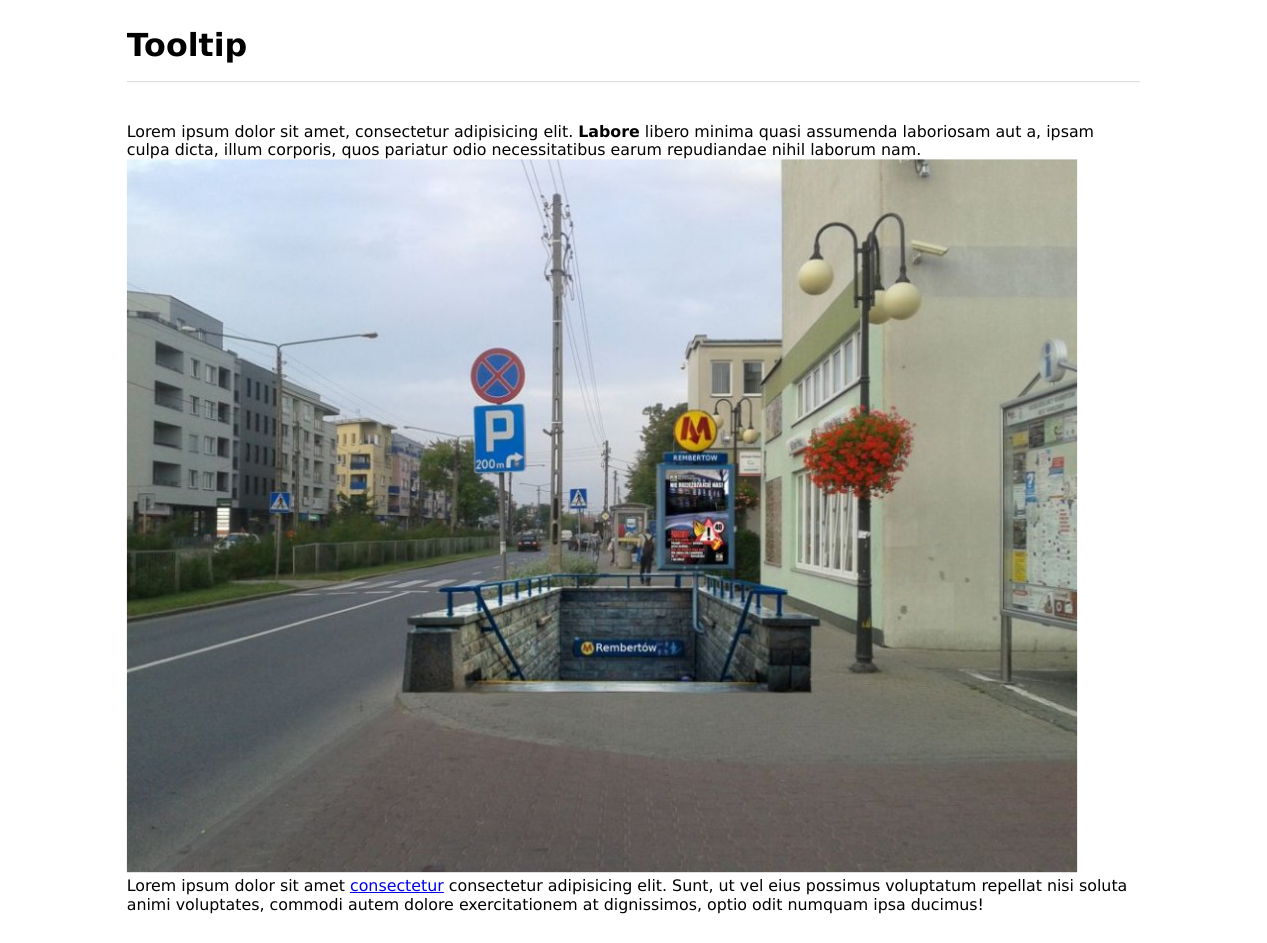
Repository: michal198711/change-toolkit-dom
Page: index.html
The author's editor kept a copy of each file at every save. The page is drawn from the files as they stood at one save, then again after a run of saves.
The browser window is 1280 px wide. The pictures show the whole page, at 99% of full size.

Above is the page before, as saved 2021-07-31 14:11:40.

### index.html
<!DOCTYPE html>

<html>
    <head>
        <meta charset="utf-8">
        <meta http-equiv="X-UA-Compatible" content="IE=edge">
        <title>Projekt Praktyczny</title>
        <meta name="description" content="">
        <meta name="viewport" content="width=device-width, initial-scale=1">
        <link rel="stylesheet" href="style.css">
    </head>
    <body>
        <div class="container">

            <h1>Tooltip</h1>

            <p>Lorem ipsum dolor sit amet, consectetur adipisicing elit. <strong title="labore to słowo">Labore</strong> libero minima quasi assumenda laboriosam aut a, ipsam culpa dicta, illum corporis, quos pariatur odio necessitatibus earum repudiandae nihil laborum nam.</p>

        <img src="rembertow.jpg" alt="" title="Fotografia z Rembertowa">

        <p>Lorem ipsum dolor sit amet <a href='#' title="Dowiedz sie wiecej">consectetur</a> consectetur adipisicing elit. Sunt, ut vel eius possimus voluptatum repellat nisi soluta animi voluptates, commodi autem dolore exercitationem at dignissimos, optio odit numquam ipsa ducimus!</p>
        </div>
        <script src="script.js" async defer></script>
    </body>
</html>

### style.css
* {
    padding: 0;
    margin: 0;
}
body {
    font-family: Verdana, Geneva, Tahoma, sans-serif;
}

.container {
    width: 80%;
    margin: 30px auto;
    overflow: hidden;
}
h1{
    padding-bottom: 20px;
    margin-bottom:40px;
    border-bottom: 1px #D8d8d8 solid;

    line-height: 1;
    font-weight: ;
}

### script.js
(function() {
function showTooltip() {
    console.log("najechane")
}
function removeTooltip() {
    console.log("wyjechane")
}
const title = document.querySelectorAll("[title]");

for(let i =0; i<title.length; i++) {
    title[i].addEventListener("mouseenter", showTooltip, false);
    title[i].addEventListener("mouseleave", removeTooltip, false);
}

})();

After the next 3 saves:
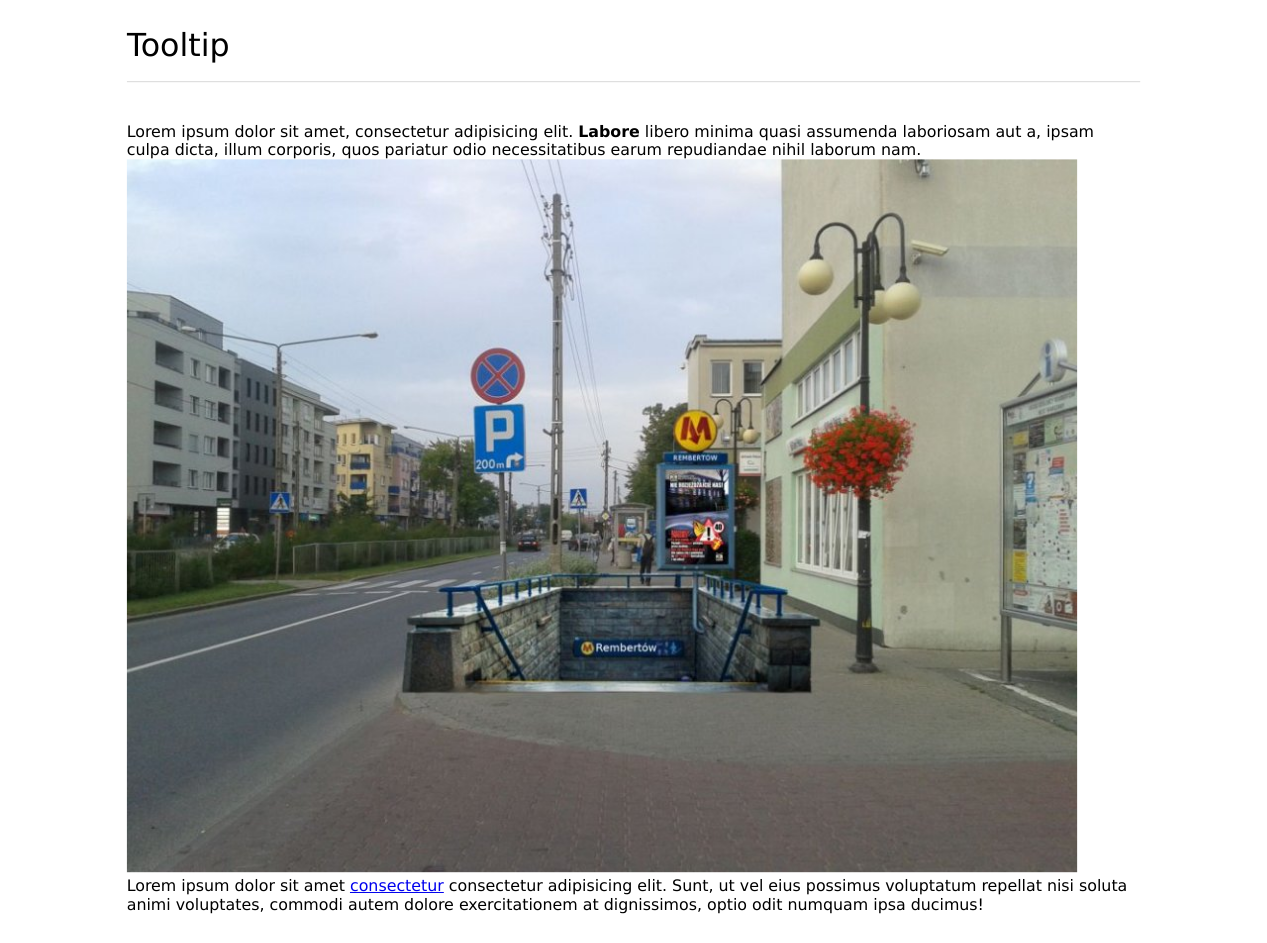
The 3 saves are shown as one change because they came seconds apart.
The last was saved 8 s later.
--- a/style.css
+++ b/style.css
@@ -17,5 +17,5 @@
     border-bottom: 1px #D8d8d8 solid;
 
     line-height: 1;
-    font-weight: ;
+    font-weight: normal;
 }
